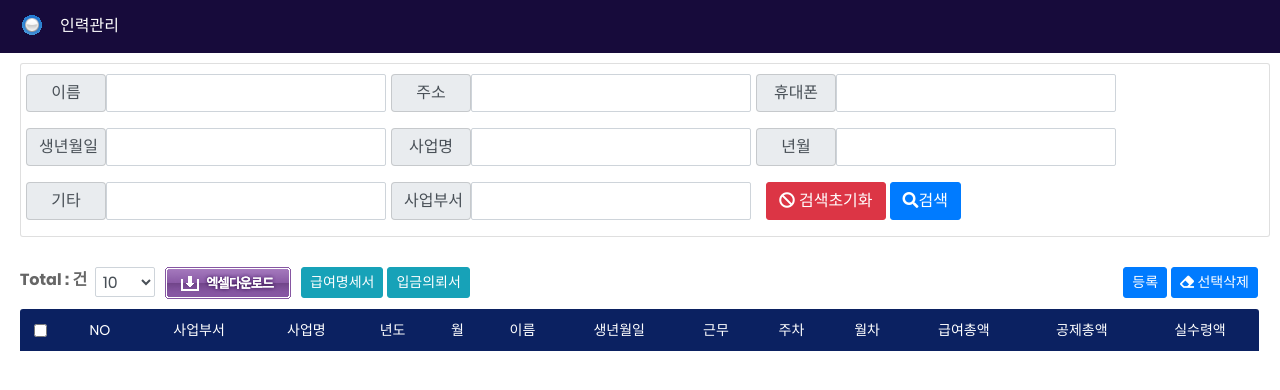
Repository: kimnamgu/GangNamGu
Page: http://localhost/manpower/WEB-INF/jsp/manage/workerMng.jsp
These files come from the project's save history. The page is drawn as it stood at one moment and after the next save; the edit follows.
The browser window is 1280 px wide. The pictures show the whole page.
The page is served by Tomcat 9. Nobody is signed in. Other server files are loaded and not shown. The template is opened directly, without the code that normally fills it, so the values that code supplies are empty.

Above is the page before, as saved 2020-11-04 02:33:47.
Console error: TypeError: Cannot read properties of undefined (reading 'replace')

### manpower/src/main/webapp/WEB-INF/jsp/manage/workerMng.jsp
<%@ page language="java" contentType="text/html; charset=UTF-8"	pageEncoding="UTF-8"%>
<html>
<head>
<%@ include file="/WEB-INF/include/include-header.jspf"%>


<script type="text/javascript">
	var user_right = "${sessionScope.userinfo.userright}";

	$(document).ready(function() {

		//from
		$("#FROM_DATE").datepicker({

			dateFormat: 'yy-mm-dd',
			monthNamesShort: ['1월','2월','3월','4월','5월','6월','7월','8월','9월','10월','11월','12월'],
		    dayNamesMin: ['일','월','화','수','목','금','토'],
			changeMonth: true, //월변경가능
		    changeYear: true, //년변경가능
			showMonthAfterYear: true //년 뒤에 월 표시
		});

		//to
		$("#TO_DATE").datepicker({

			dateFormat: 'yy-mm-dd',
			monthNamesShort: ['1월','2월','3월','4월','5월','6월','7월','8월','9월','10월','11월','12월'],
		    dayNamesMin: ['일','월','화','수','목','금','토'],
			changeMonth: true, //월변경가능
		    changeYear: true, //년변경가능
			showMonthAfterYear: true //년 뒤에 월 표시
		});

		//검색초기화
		fn_initial_setting();

		fn_selectDomesticContactList(1);

		$("#NAME").keydown(function (key) {

			if(key.keyCode == 13){//키가 13이면 실행 (엔터는 13)
				$("#PAGE_INDEX").val("1");
				fn_selectDomesticContactList(1);
			}
		});

		$("#search").on("click", function(e){ //검색 버튼
			e.preventDefault();
			fn_selectDomesticContactList(1);
		});

		$("#DISP_CNT").change(function(){
			$("#RECORD_COUNT").val($("#DISP_CNT option:selected").val());
			fn_selectDomesticContactList(1);
		});

		$("#initial").on("click", function(e){ //초기화 버튼
			e.preventDefault();
			$("#form1").each(function() {
				fn_initial_setting();
		    });
		});

		//전체 선택시
		$('input[name=_selected_all_]').on('change', function(){
			$('input[name=_selected_]').prop('checked', this.checked);
		});


		$("#delete").on("click", function(e){ //초기화 버튼
			e.preventDefault();
			delChkRow();
		});


	});

	function fromDate_icon(){
		//from
		$("#FROM_DATE").focus();

	}

	function toDate_icon(){
		//to
		$("#TO_DATE").focus();
	}


	//선택 로우 삭제
    function delChkRow() {

    	var arr = $('input[name=_selected_]:checked').serializeArray().map(function(item) { return item.value });

		var checkedValue = [];
		$('input[name=_selected_]:checked').each(function(index, item){
			checkedValue.push($(item).val());
		});


		if (arr.length ==0 ) {
			alert("선택된 로우가 없습니다.");
			return false;
		}

		if (confirm("선택 항목을 삭제 하시겠습니까?")) {

			//견적서 파일 삭제

			$.ajax({
		        type: "post",
		        url : "/corona/manage/deleteDomesticChk.do",
		        data: {
		        	val:checkedValue
		        },
		        contentType : "application/x-www-form-urlencoded; charset=utf-8",

		        success:function (data) {//추천성공
		        	alert("삭제가 완료되었습니다.");
		        	fn_selectDomesticContactList(1);
	            },

		        error: function (data) {//추천실패
		        	alert("삭제가 실패 하였습니다.관리자에게 문의 바랍니다.");
	            }
	     	});

		}
	}

	//수정화면가기
	function fn_updateDomestic(UID) {
		var comSubmit = new ComSubmit();

		comSubmit.setUrl("<c:url value='/write/updateDomesticView.do' />");
		comSubmit.addParam("ID", UID);
		comSubmit.submit();
	}


	//검색초기화
	function fn_initial_setting(){
		//From의 초기값을 오늘 날짜로 설정
	    $('#FROM_DATE').datepicker('setDate', '-1M'); //(-1D:하루전, -1M:한달전, -1Y:일년전), (+1D:하루후, -1M:한달후, -1Y:일년후)
	    //To의 초기값을 내일로 설정
	    $('#TO_DATE').datepicker('setDate', 'today'); //(-1D:하루전, -1M:한달전, -1Y:일년전), (+1D:하루후, -1M:한달후, -1Y:일년후)

	    $("#RECORD_COUNT").val($("#DISP_CNT option:selected").val());
		$("#PAGE_INDEX").val("1");

		$("#NAME").val("");
	}


	function fn_selectDomesticContactList(pageNo){
		var comAjax = new ComAjax();
		comAjax.setUrl("<c:url value='/manage/selectDomesticContactList.do' />");
		comAjax.addParam("PAGE_INDEX",pageNo);
		comAjax.addParam("PAGE_ROW", $("#RECORD_COUNT").val());
		comAjax.addParam("name", $("#NAME").val());

		comAjax.addParam("from_date", $("#FROM_DATE").val().replace(/-/gi, ""));
		comAjax.addParam("to_date", $("#TO_DATE").val().replace(/-/gi, ""));
		comAjax.setCallback("fn_selectDomesticContactListCallback");

		comAjax.ajax();
	}


	function fn_selectDomesticContactListCallback(data){
		var total = data.total;
		var body = $("#mytable");
		var recordcnt = $("#RECORD_COUNT").val();


		$("#tcnt").text(comma(total));

		body.empty();
		if(total == 0){
			var str = "<tr>" +
				  "<td colspan='32' style='text-align:center;'>조회된 결과가 없습니다.</td>" +
				  "</tr>";
			body.append(str);
		}
		else{
			var params = {
				divId : "PAGE_NAVI",
				pageIndex : "PAGE_INDEX",
				totalCount : total,
				recordCount : recordcnt,
				eventName : "fn_selectDomesticContactList"
			};
			gfn_renderPaging(params);

			var str = "";
			var t_str = "";
			var tr_class = "";
			var jsonData = null;
			var jsonStr = null;

			$.each(data.list, function(key, value){
				       t_str = "";

				       if ((value.RNUM % 2) == 0 )
							tr_class = "tr1";
					   else
							tr_class = "tr2";


				       str += "<tr class='" + tr_class + "'>" +
				       			   "<td><input type='checkbox' name='_selected_' value='"+value.ID+"'></td>" +
								   "<td align='center' style='color:#444444;'>" + value.RNUM + "</td>" +
								   "<td width=90 align='center' style='color:#444444;word-break:break-all;'><span class='status--denied'>" + formatDate(NvlStr(value.WRITE_DATE), ".") + "</span></td>" +
								   "<td align='center' style='color:#444444;'>" + hp_format(NvlStr(value.CELL_NUM)) + "</td>" +
								   "<td align='center' style='color:blue;'>" +
								   "	<a href='javascript:void(0);' onclick='fn_updateDomestic("+ value.ID +")' name='NAME'>" + NvlStr(value.NAME) + "</a>"+
								   "</td>" +
								   "<td align='center' style='color:#444444;'>" + NvlStr(value.SEX) + "</td>" +
								   "<td align='center' style='color:#444444;'>" + NvlStr(value.BIRTH) + "</td>" +
								   "<td align='center' style='color:#444444;'>" + NvlStr(value.JOB) + "</td>" +
								   "<td align='center' style='color:#444444;'>" + NvlStr(value.SELF_ISO_AREA_DONG) + "</td>" +
								   "<td align='center' style='color:#444444;'>" + NvlStr(value.SELF_ISO_AREA_ADDRESS) + "</td>" +
								   "<td align='center' style='color:#444444;'>" + NvlStr(value.SELF_ISO_AREA_ADDRESS_DTL) + "</td>" +
								   "<td align='center' style='color:#444444;'>" + NvlStr(value.PATIENT_NUM) + "</td>" +
								   "<td align='center' style='color:#444444;'>" + NvlStr(value.PATIENT_NAME) + "</td>" +
								   "<td align='center' style='color:#444444;'>" + NvlStr(value.CONTACT_NUM) + "</td>" +
								   "<td align='center' style='color:#444444;'>" + NvlStr(value.CONTACT_NAME) + "</td>" +
								   "<td align='center' style='color:#444444;'>" + NvlStr(value.FINAL_CONTACT) + "</td>" +
								   "<td align='center' style='color:#444444;'>" + NvlStr(value.MONITOR_START) + "</td>" +
								   "<td align='center' style='color:#444444;'>" + NvlStr(value.MONITOR_END) + "</td>" +
								   "<td align='center' style='color:#444444;'>" + NvlStr(value.CONTACT_ADDRESS) + "</td>" +
								   "<td align='center' style='color:#444444;'>" + NvlStr(value.CONTACT_TYPE) + "</td>" +
								   "<td align='center' style='color:#444444;'>" + NvlStr(value.CONTACT_GUBUN) + "</td>" +
								   "<td align='center' style='color:#444444;'>" + NvlStr(value.PATIENT_YN) + "</td>" +
								   "<td align='center' style='color:#444444;'>" + NvlStr(value.BALGUB_YN) + "</td>" +
								   "<td align='center' style='color:#444444;'>" + NvlStr(value.DAMDANG_DEPART) + "</td>" +
								   "<td align='center' style='color:#444444;'>" + NvlStr(value.DAMDANG_CLASS) + "</td>" +
								   "<td align='center' style='color:#444444;'>" + NvlStr(value.DAMDANG_POSITION) + "</td>" +
								   "<td align='center' style='color:#444444;'>" + NvlStr(value.DAMDANG_NAME) + "</td>" +
								   "<td align='center' style='color:#444444;'>" + NvlStr(value.DAMDANG_CALL) + "</td>" +
							   "</tr>";

			});
			body.append(str);
		}
	}


	//엑셀 업로드
	function check() {
		var file = $("#excelFile").val();

		if (file == "" || file == null) {
			alert("파일을 선택해주세요.");
			return false;
		} else if (!checkFileType(file)) {
			alert("엑셀 파일만 업로드 가능합니다.");
			return false;
		}

		if (confirm("업로드시 병합된 셀이 있으면 해제해 주셔야 합니다.\n업로드 하시겠습니까?")) {

			var options = {
				success : function(data) {
					if(data.resultMap.rtn == 1){
						alert("모든 데이터가 업로드 되었습니다.");
						fn_selectDomesticContactList(1);
					}else{
						alert(data.resultMap.err_msg+"\n\n" + data.resultMap.err_msg_dtl);
					}

				},
				type : "POST"
			};

			$("#excelUploadForm").ajaxSubmit(options);

		}
	}

	//엑셀 형식인지 확인
	function checkFileType(filePath) {
		var fileFormat = filePath.split(".");

		if (fileFormat.indexOf("xls") > -1 || fileFormat.indexOf("xlsx") > -1) {
			return true;
		} else {
			return false;
		}
	}

	//샘플다운로드
	function fn_sampleDownload(gubun){
		var comSubmit = new ComSubmit();
		comSubmit.setUrl("<c:url value='/common/downloadSampleFile.do' />");
		comSubmit.addParam("gubun", gubun);
		comSubmit.submit();
	}

	//엑셀 다운로드
	function doExcelDownloadProcess(mappingValue){
		alert("다운로드 되는 엑셀은 조회조건에 영향을 받습니다.");

		$("input[name=name]", "form[name=excelDown]").val($("#NAME").val());
		$("input[name=from_date]", "form[name=excelDown]").val($("#FROM_DATE").val().replace(/-/gi, ""));
		$("input[name=to_date]", "form[name=excelDown]").val($("#TO_DATE").val().replace(/-/gi, ""));

	    var f = document.excelDown;
	    f.action = mappingValue;
	    f.submit();
	}
</script>
</head>

<body>

<form id="form1" name="form1">
<input type="hidden" id="USER_ID" name="USER_ID" value="${sessionScope.userinfo.userId}">
<c:set var="u_rt" value="${sessionScope.userinfo.userright}"/>


<div style="background-color:#170B3B;color:white; margin-bottom:10px; width: 100%;">
	<a href="#this" class="btn" id="logout">
		<img src="/manpower/images/popup_title.gif" align="absmiddle">
	</a>인력관리
</div>



<div style="width:100%;padding-left:20px;padding-right:10px;">
	<div class="card" style="width:100%;display: inline-block;padding-top:10px;">
		<form action="" method="post">
			<div class="card-body card-block">
				<div>
					<div class="form-group" style="width: 360;float:left;margin-left:5px;">
						<div class="input-group">
							<div class="input-group-addon" style="width: 80px;">이름</div>
							<input type="text" id="NAME" name="NAME" value="" class="form-control">
						</div>
					</div>

					<div class="form-group" style="width: 360;float:left;margin-left:5px;">
						<div class="input-group">
							<div class="input-group-addon" style="width: 80px;">주소</div>
							<input type="text" id="NAME" name="NAME" value="" class="form-control">
						</div>
					</div>

					<div class="form-group" style="width: 360;float:left;margin-left:5px;">
						<div class="input-group">
							<div class="input-group-addon" style="width: 80px;">휴대폰</div>
							<input type="text" id="NAME" name="NAME" value="" class="form-control">
						</div>
					</div>

					<div class="form-group" style="width: 360;float:left;margin-left:5px;">
						<div class="input-group">
							<div class="input-group-addon" style="width: 80px;">생년월일</div>
							<input type="text" id="NAME" name="NAME" value="" class="form-control">
						</div>
					</div>

					<div class="form-group" style="width: 360;float:left;margin-left:5px;">
						<div class="input-group">
							<div class="input-group-addon" style="width: 80px;">사업명</div>
							<input type="text" id="NAME" name="NAME" value="" class="form-control">
						</div>
					</div>

					<div class="form-group" style="width: 360;float:left;margin-left:5px;">
						<div class="input-group">
							<div class="input-group-addon" style="width: 80px;">년월</div>
							<input type="text" id="NAME" name="NAME" value="" class="form-control">
						</div>
					</div>

					<div class="form-group" style="width: 360;float:left;margin-left:5px;">
						<div class="input-group">
							<div class="input-group-addon" style="width: 80px;">기타</div>
							<input type="text" id="NAME" name="NAME" value="" class="form-control">
						</div>
					</div>

					<div class="form-group" style="width: 360;float:left;margin-left:5px;">
						<div class="input-group">
							<div class="input-group-addon" style="width: 80px;">사업부서</div>
							<input type="text" id="NAME" name="NAME" value="" class="form-control">
						</div>
					</div>
				</div>
			</div>
			<div class="form-actions form-group">
				<div style="float: left;margin-left:15px;">
					<a href="#this" class="btn btn-danger" id="initial"><i class="fa fa-ban"></i> 검색초기화</a>
					<a href="#this" class="btn btn-primary" id="search"><i class="fa fa-search"></i>검색</a>
				</div>
			</div>
		</form>
	</div>
</div>

	<div style="float: left;margin-left:20px;">
		<div style="float: left;">
			<b>Total : <span id="tcnt"></span> 건</b> &nbsp;
		</div>
		<div style="float: left;">
			<select id="DISP_CNT" name="DISP_CNT" class="form-control" style="width:60px!important;height:30px;padding:3px;">
	           	<option value="10">10</option>
	           	<option value="20">20</option>
				<option value="50">50</option>
			</select>
		</div>
	</div>

</form>

	<div style="float:left;margin-left:10px;margin-bottom:10px;">
		<!-- 엑셀 다운용 폼 -->
		<form id="excelDown" name="excelDown" method="post" enctype="multipart/form-data">
			<input type="hidden" name="name">
			<input type="hidden" name="from_date">
			<input type="hidden" name="to_date">

			<input type="image" src="/manpower/images/common/btn_excel.gif" style="border:0;" onclick="doExcelDownloadProcess('/corona/manage/downloadDomesticExcelFile.do')" alt="엑셀다운로드">
		</form>
	</div>

	<!-- 샘플다운로드 -->
	<div style="float:left;margin-left:10px;margin-bottom:10px;">
		<input class="btn btn-info btn-sm" type="button" id="sample_download" onClick="fn_sampleDownload('domestic')" value="급여명세서">
		<input class="btn btn-info btn-sm" type="button" id="sample_download" onClick="fn_sampleDownload('domestic')" value="입금의뢰서">
	</div>

<div class="contents" style="float:right;margin-right:22px;margin-bottom:10px;">
	<a href="/corona/write/domesticWrite.do" class="btn btn-primary btn-sm" id="insert">등록</a>
	<a href="#this" class="btn btn-primary btn-sm" id="delete"><i class="fa fa-eraser"></i> 선택삭제</a>
</div>
<div align="left" style="width:100%;padding-right:20px;">
	<div  style="margin-left:20px;" align="center">
		<div class="table-responsive m-b-40">
			 <table class="table table-borderless table-data3" id="selectable">
			     <thead style="background-color:#0B2161;">
			        <tr align="center">
			        		<th style="width: 40px;"><input type="checkbox" name="_selected_all_"></th>
							<th style="width: 80px;">NO</th>
							<th>사업부서</th>
							<th>사업명</th>
							<th>년도</th>
							<th>월</th>
							<th>이름</th>
							<th>생년월일</th>
							<th>근무</th>
							<th>주차</th>
							<th>월차</th>
							<th>급여총액</th>
							<th>공제총액</th>
							<th>실수령액</th>
						</tr>
			      </thead>
			      <tbody id='mytable'>
			      </tbody>
		      </table>
	      </div>
	</div>

	<div id="PAGE_NAVI" align='center'></div>
	<input type="hidden" id="PAGE_INDEX" name="PAGE_INDEX"/>
	<input type="hidden" id="RECORD_COUNT" name="RECORD_COUNT" value="20"/>

</div>

	<%@ include file="/WEB-INF/include/include-body.jspf" %>




</body>
</html>

### manpower/src/main/webapp/WEB-INF/include/include-header.jspf
<%@ taglib prefix="c" uri="http://java.sun.com/jsp/jstl/core" %>
<%@ taglib prefix="fn" uri="http://java.sun.com/jsp/jstl/functions" %>
<%@ taglib prefix="fmt" uri="http://java.sun.com/jsp/jstl/fmt" %>
<!--
<link rel="stylesheet" type="text/css" href="/manpower/css/common.css" />
<link rel="stylesheet" type="text/css" href="/manpower/css/skin01.css" />
<link rel="stylesheet" type="text/css" href="/manpower/css/import.css" />
<link rel="stylesheet" type="text/css" href="/manpower/css/manpower.css" />
 -->



<!-- Fontfaces CSS-->
<link href="/manpower/bootstrap/css/font-face.css" rel="stylesheet" media="all">
<link href="/manpower/bootstrap/vendor/font-awesome-4.7/css/font-awesome.min.css" rel="stylesheet" media="all">
<link href="/manpower/bootstrap/vendor/font-awesome-5/css/fontawesome-all.min.css" rel="stylesheet" media="all">
<link href="/manpower/bootstrap/vendor/mdi-font/css/material-design-iconic-font.min.css" rel="stylesheet" media="all">

<!-- Bootstrap CSS-->
<link href="/manpower/bootstrap/vendor/bootstrap-4.1/bootstrap.min.css" rel="stylesheet" media="all">

<!-- Vendor CSS-->
<link href="/manpower/bootstrap/vendor/animsition/animsition.min.css" rel="stylesheet" media="all">
<link href="/manpower/bootstrap/vendor/bootstrap-progressbar/bootstrap-progressbar-3.3.4.min.css" rel="stylesheet" media="all">
<link href="/manpower/bootstrap/vendor/wow/animate.css" rel="stylesheet" media="all">
<link href="/manpower/bootstrap/vendor/css-hamburgers/hamburgers.min.css" rel="stylesheet" media="all">
<link href="/manpower/bootstrap/vendor/slick/slick.css" rel="stylesheet" media="all">
<link href="/manpower/bootstrap/vendor/select2/select2.min.css" rel="stylesheet" media="all">
<link href="/manpower/bootstrap/vendor/perfect-scrollbar/perfect-scrollbar.css" rel="stylesheet" media="all">

<!-- Main CSS-->
<link href="/manpower/bootstrap/css/theme.css" rel="stylesheet" media="all">




<!-- Jquery JS-->
<script src="/manpower/bootstrap/vendor/jquery-3.2.1.min.js"></script>
<!-- Bootstrap JS-->
<script src="/manpower/bootstrap/vendor/bootstrap-4.1/popper.min.js"></script>
<script src="/manpower/bootstrap/vendor/bootstrap-4.1/bootstrap.min.js"></script>
<!-- Vendor JS       -->
<script src="/manpower/bootstrap/vendor/slick/slick.min.js">
</script>
<script src="/manpower/bootstrap/vendor/wow/wow.min.js"></script>
<script src="/manpower/bootstrap/vendor/animsition/animsition.min.js"></script>
<script src="/manpower/bootstrap/vendor/bootstrap-progressbar/bootstrap-progressbar.min.js">
</script>
<script src="/manpower/bootstrap/vendor/counter-up/jquery.waypoints.min.js"></script>
<script src="/manpower/bootstrap/vendor/counter-up/jquery.counterup.min.js">
</script>
<script src="/manpower/bootstrap/vendor/circle-progress/circle-progress.min.js"></script>
<script src="/manpower/bootstrap/vendor/perfect-scrollbar/perfect-scrollbar.js"></script>
<script src="/manpower/bootstrap/vendor/chartjs/Chart.bundle.min.js"></script>
<script src="/manpower/bootstrap/vendor/select2/select2.min.js">
</script>

<!-- Main JS-->
<script src="/manpower/bootstrap/js/main.js"></script>

<!-- jQuery -->
<link rel="stylesheet" type="text/css" href="/manpower/css/jquery-ui.css" />
<!-- <script src="http://code.jquery.com/jquery.min.js"></script>-->
<script type="text/javascript" src="<c:url value='/js/jquery.min.js'/>"></script>
<script type="text/javascript" src="<c:url value='/js/jquery-ui.js'/>"></script>
<script type="text/javascript" src="<c:url value='/js/jquery.cookie.js'/>"></script>
<script type="text/javascript" src="<c:url value='/js/jquery.form.js'/>"></script>
<script src="<c:url value='/js/common.js'/>" charset="utf-8"></script>

### manpower/src/main/webapp/WEB-INF/include/include-body.jspf
<%@ page pageEncoding="utf-8"%>
<form id="commonForm" name="commonForm"></form>

Loaded but not shown: manpower/src/main/webapp/bootstrap/css/theme.css (library); manpower/src/main/webapp/css/jquery-ui.css (library); manpower/src/main/webapp/js/jquery.min.js (library); manpower/src/main/webapp/js/jquery-ui.js (library); manpower/src/main/webapp/js/jquery.cookie.js (library); manpower/src/main/webapp/js/jquery.form.js (library); manpower/src/main/webapp/bootstrap/js/main.js (1670 lines, source omitted); manpower/src/main/webapp/js/common.js (515 lines, source omitted); manpower/src/main/webapp/bootstrap/css/font-face.css (234 lines, source omitted)

After the next save:
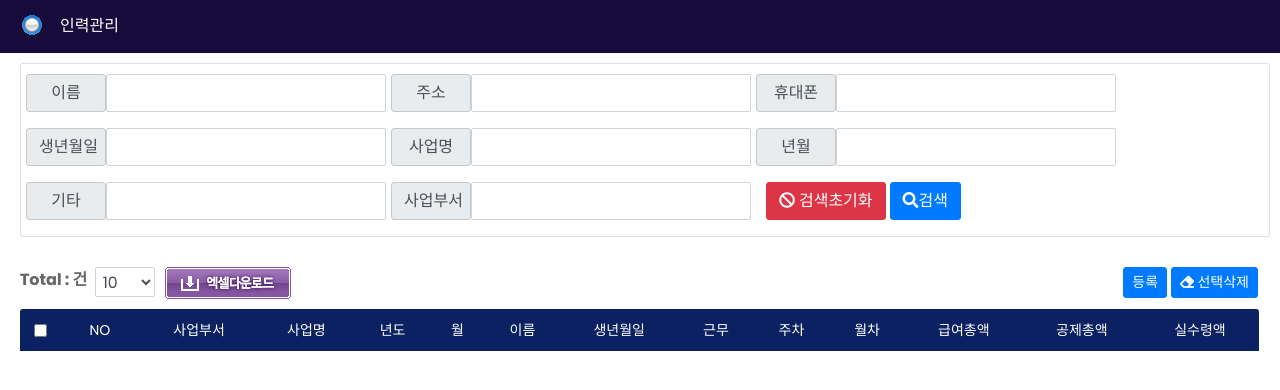
Saved 21 s later.
--- a/manpower/src/main/webapp/WEB-INF/jsp/manage/workerMng.jsp
+++ b/manpower/src/main/webapp/WEB-INF/jsp/manage/workerMng.jsp
@@ -425,12 +425,6 @@
 		</form>
 	</div>
 
-	<!-- 샘플다운로드 -->
-	<div style="float:left;margin-left:10px;margin-bottom:10px;">
-		<input class="btn btn-info btn-sm" type="button" id="sample_download" onClick="fn_sampleDownload('domestic')" value="급여명세서">
-		<input class="btn btn-info btn-sm" type="button" id="sample_download" onClick="fn_sampleDownload('domestic')" value="입금의뢰서">
-	</div>
-
 <div class="contents" style="float:right;margin-right:22px;margin-bottom:10px;">
 	<a href="/corona/write/domesticWrite.do" class="btn btn-primary btn-sm" id="insert">등록</a>
 	<a href="#this" class="btn btn-primary btn-sm" id="delete"><i class="fa fa-eraser"></i> 선택삭제</a>
